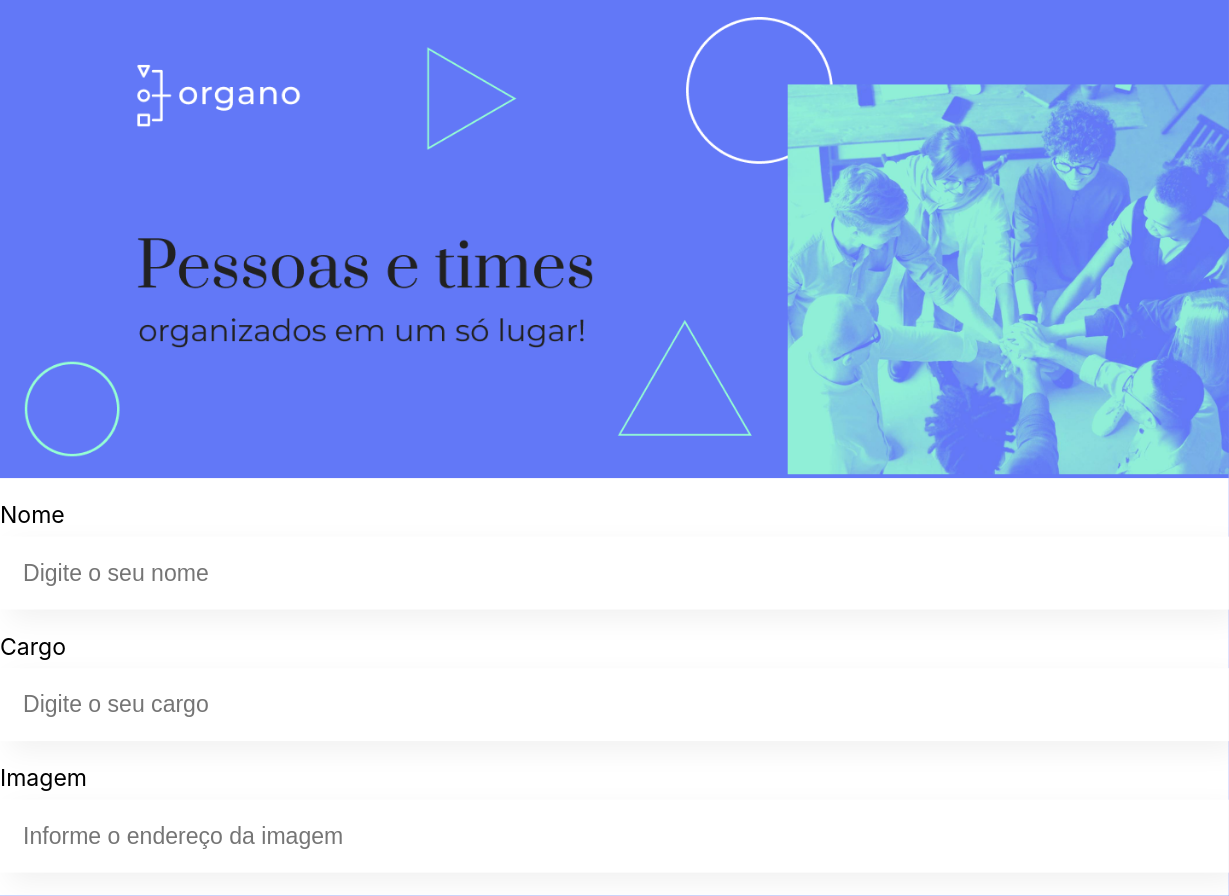
Repository: devMuriloOliveira/organo
Page: /
An editor plug-in stored every save of this project. The page is shown before and after the next save, followed by the edit.
The browser window is 1280 px wide. The pictures show the whole page, at 96% of full size.
The project was rebuilt for these pictures with package versions that can differ from the ones it lists, and the page was loaded fresh each time. Also part of the build but not shown: src/componentes/Formulario/Formulario.css.

Above is the page before, as saved 2023-01-10 18:58:17.

After the next save:
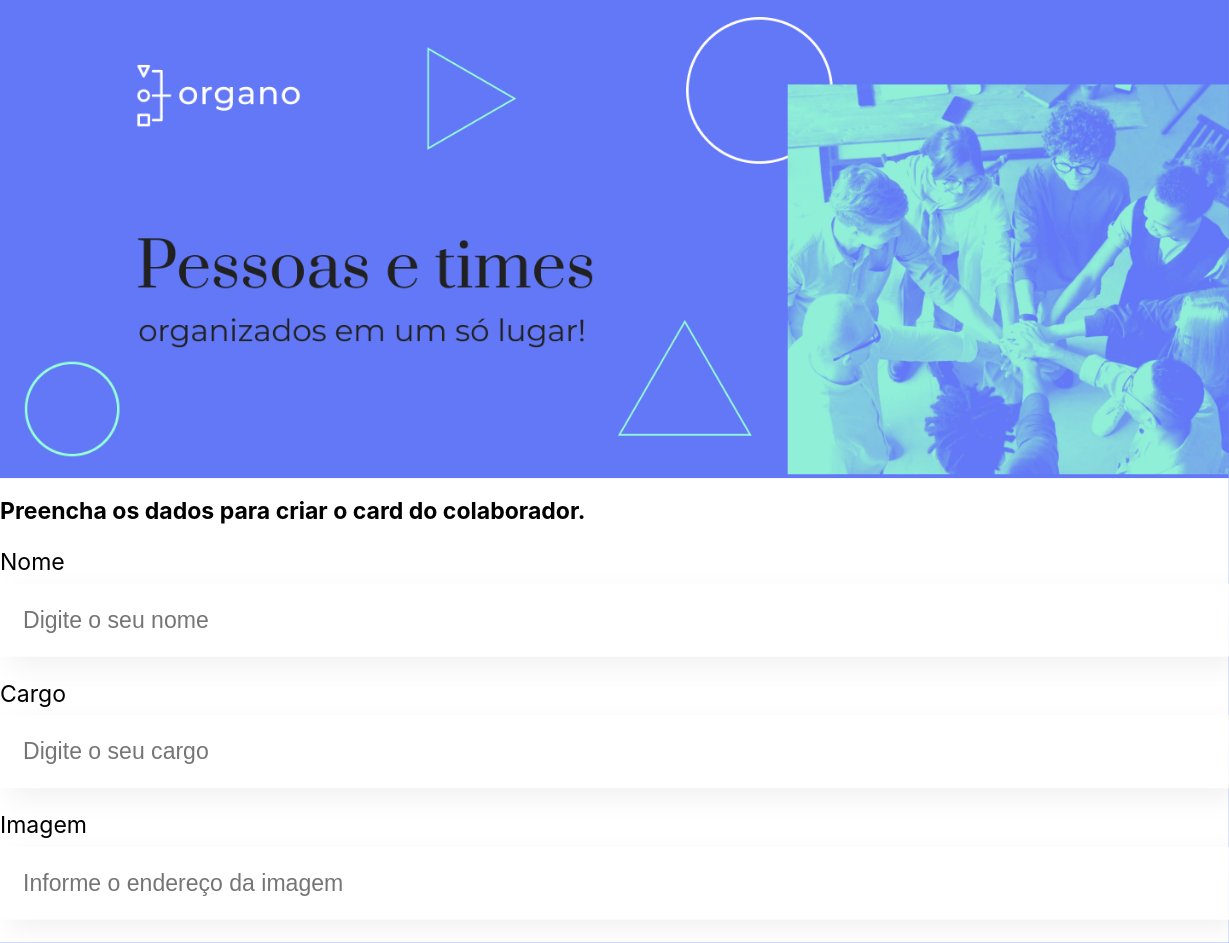
Saved 104 s later.
--- a/src/componentes/Formulario/index.js
+++ b/src/componentes/Formulario/index.js
@@ -5,6 +5,7 @@ const Formulario = () =>{
   return(
     <section>
       <form>
+        <h2>Preencha os dados para criar o card do colaborador.</h2>
       <CampoTexto label="Nome" placeholder="Digite o seu nome"/>
       <CampoTexto label="Cargo" placeholder="Digite o seu cargo"/>
       <CampoTexto label="Imagem" placeholder="Informe o endereço da imagem"/>
